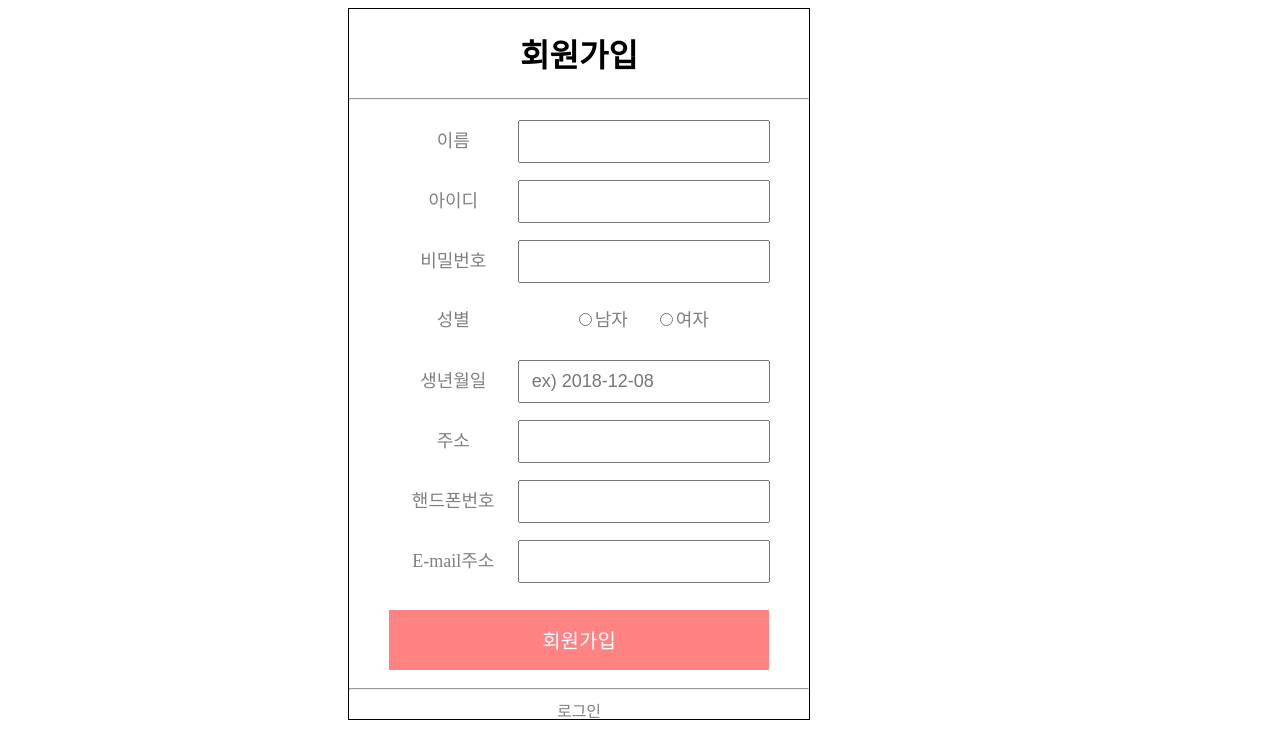
Repository: seeunOh/Webproject2018_StrongHealth
Page: http://localhost/StrongHealth/Join.jsp
The author's editor kept a copy of each file at every save. The page is drawn from the files as they stood at one save, then again after the next save.
The browser window is 1280 px wide. The pictures show the whole page.
The page is served by Tomcat 9. Other server files are loaded and not shown.

Above is the page before, as saved 2018-12-16 07:59:53.

### StrongHealth/WebContent/Join.jsp
<%@ page language="java" contentType="text/html; charset=EUC-KR"
    pageEncoding="EUC-KR"%>
<!DOCTYPE html>
<html>
<head>
<meta charset="EUC-KR">
<title>Insert title here</title>


	<style>

		#container{
			width: 460px;
			height: 710px;
		}
		#container img{
			width: 150px;
			height: 70px;
			margin-left: auto;
			margin-right: auto;
			display: block;

		}
		#name_area, #id_area, #password_area, #sex_area, #birth_area, #address_area, #phone_area, #email_area {
			border: px gray solid;
			margin: 20px 10px;
			height: 40px;
			font-size: 18px;
			color: gray;
		}
		#item {
			border: px violet solid;
			width: 120px;
			height: 40px;
			line-height: 40px;
			display: inline-block;
		}
		#in_name, #in_id, #in_password, #in_sex, #in_birth, #in_address, #in_phone, #in_email {
			border: px green solid;
			display: inline-block;
			width: 247px;
			height: 40px;
			line-height: 40px;
		}
		#in_sex {
			text-align: center;
		}
		#text {
			width: 244px;
			height: 37px;
			font-size: 18px;
		}
		#sub{
			text-align: center;
		}
		#login_button {
			text-decoration: none;
			color: gray;
		}
		#submit {
			background-color: #FF8383;
			color: white;
			font-size: 20px;
			height: 60px;
			border: 0px;
			width: 380px;
			margin: 10px 0;
		}

#canvas{
width:460px;
height:710px;
text-align:center;
margin:0px 0px 10px 340px;
border: 1px solid black;
float:left;
}


	</style>
</head>
<body>

<div id=canvas>
	<div id="container">

		<h1>회원가입</h1>
		<hr>
		<form action="Join_check.jsp" method="post">
		<div id="name_area">
			<div id="item">이름</div>
			<div id="in_name"><input id="text" type="text" name="name" required/></div>
		</div>
		<div id="id_area">
			<div id="item">아이디</div>
			<div id="in_id"><input id="text" type="text" name="id" required/></div>
		</div>
		<div id="password_area">
			<div id="item">비밀번호</div>
			<div id="in_password"><input id="text" type="password" name="password" required/></div>
		</div>
		<div id="sex_area">
			<div id="item">성별</div>
			<div id="in_sex">
				<label><input type="radio" value="남자" name="sex" required/>남자</label>&nbsp;&nbsp;&nbsp;&nbsp;&nbsp;
				<label><input type="radio" value="여자" name="sex" required/>여자</label>
			</div>
		</div>
		<div id="birth_area">
			<div id=item>생년월일</div>
			<div id=in_birth><input id="text" type="text" name="birth" required placeholder="  ex) 2018-12-08"></div>
		</div>
				<div id="address_area">
			<div id="item">주소</div>
			<div id="in_address"><input id="text" type="text" name="address" required/></div>
		</div>
		<div id="phone_area">
			<div id="item">핸드폰번호</div>
			<div id="in_phone"><input id="text" type="tel" name="phone" required/></div>
		</div>
		<div id="email_area">
			<div id="item">E-mail주소</div>
			<div id="in_email"><input id="text" type="email" name="email"/></div>
		</div>
		<input id="submit" type="submit" value="회원가입">
		</form>
	<hr>
		<div id="sub"><a id="login_button" href="Container.jsp?selected_page=login">로그인</a></div>
	</div>
	<script type="text/javascript">

	</script>
</div>

</body>
</html>

After the next save:
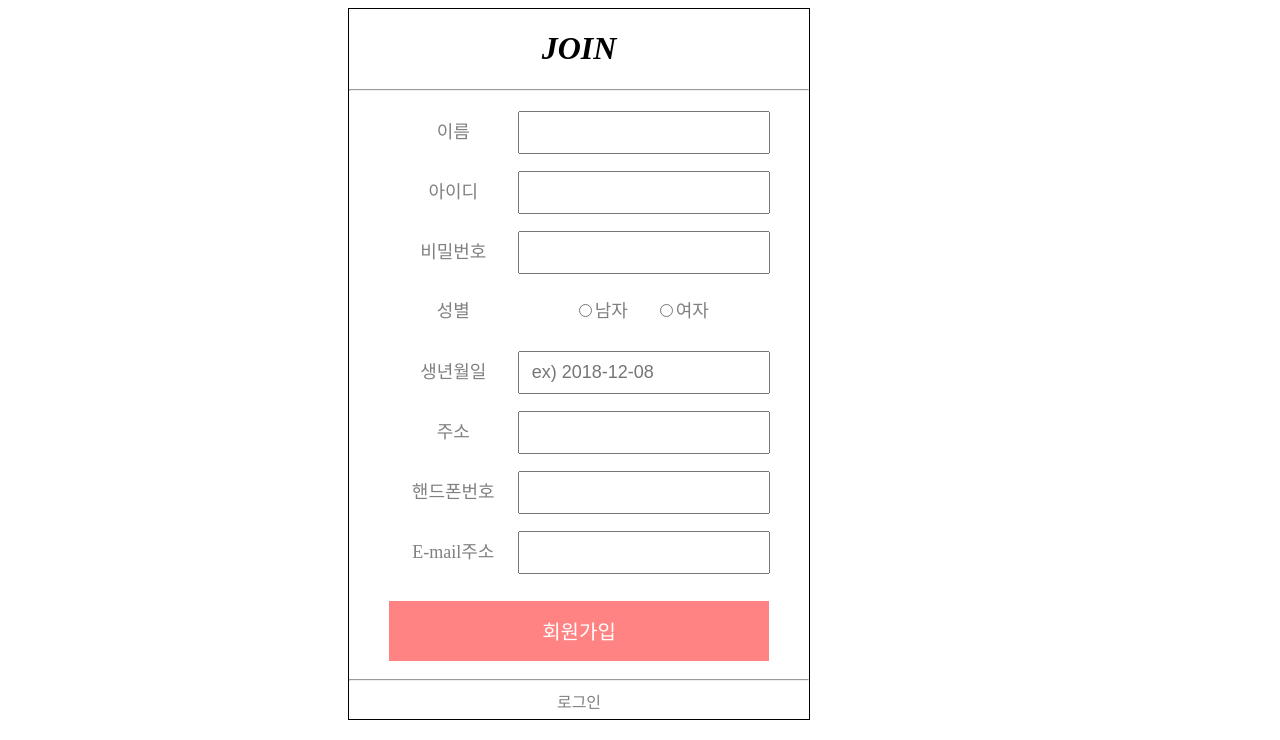
Saved 27 s later.
--- a/StrongHealth/WebContent/Join.jsp
+++ b/StrongHealth/WebContent/Join.jsp
@@ -84,7 +84,7 @@ float:left;
 <div id=canvas>
 	<div id="container">
 
-		<h1>회원가입</h1>
+		<h1><em>JOIN</em></h1>
 		<hr>
 		<form action="Join_check.jsp" method="post">
 		<div id="name_area">
